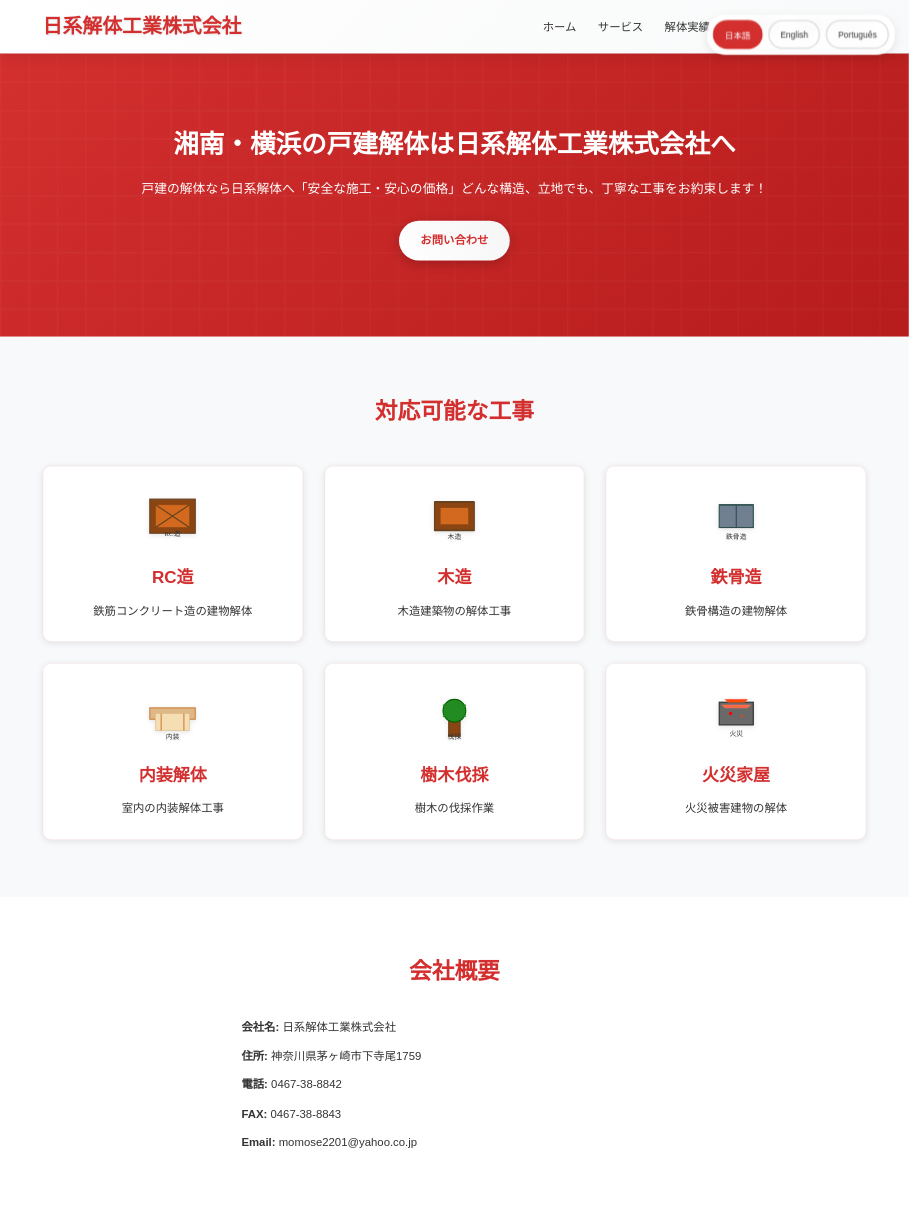
Repository: ksaitok/nkk2025-9
Page: index.html
An editor plug-in stored every save of this project. The page is shown before and after a run of saves, followed by the edit.
The browser window is 1280 px wide. The pictures show the whole page, at 71% of full size.

Above is the page before, as saved 2025-09-06 17:39:30.

### index.html
<!DOCTYPE html>
<html lang="ja">
<head>
    <meta charset="UTF-8">
    <meta name="viewport" content="width=device-width, initial-scale=1.0">
    <title>日系解体工業株式会社 - 湘南・横浜の戸建解体</title>
    <meta name="description" content="湘南・横浜の戸建解体工事は日系解体工業株式会社へ。年間300件の実績。自社施工だから余計なマージンが無い安心価格。">
    <link rel="stylesheet" href="assets/css/main.css">
    <style>
        /* Language switcher functionality for static HTML */
        .language-content { display: none; }
        .language-content.active { display: block; }

        /* Additional styles for language buttons */
        .lang-switcher {
            position: fixed;
            top: 20px;
            right: 20px;
            z-index: 1000;
            display: flex;
            gap: 8px;
            background: rgba(255,255,255,0.9);
            padding: 8px;
            border-radius: 25px;
            box-shadow: 0 4px 15px rgba(0,0,0,0.1);
            backdrop-filter: blur(10px);
        }

        .lang-btn {
            padding: 10px 15px;
            background: transparent;
            border: 2px solid #ddd;
            border-radius: 20px;
            cursor: pointer;
            font-size: 12px;
            text-decoration: none;
            color: #333;
            transition: all 0.3s;
            font-weight: 500;
        }

        .lang-btn:hover {
            border-color: #d32f2f;
            color: #d32f2f;
        }

        .lang-btn.active {
            background: #d32f2f;
            color: white;
            border-color: #d32f2f;
        }

        /* Service Icons */
        .service-icon {
            margin-bottom: 20px;
            text-align: center;
        }

        .service-icon img {
            width: 80px;
            height: 80px;
            object-fit: contain;
            filter: drop-shadow(0 2px 4px rgba(0,0,0,0.1));
        }

        /* Service Card Hover Effects */
        .service-card {
            transition: transform 0.3s, box-shadow 0.3s;
        }

        .service-card:hover {
            transform: translateY(-5px);
            box-shadow: 0 5px 20px rgba(0,0,0,0.15);
        }

        /* Enhanced Service Cards */
        .service-card {
            background: white;
            padding: 30px;
            border-radius: 12px;
            box-shadow: 0 2px 10px rgba(0,0,0,0.1);
            text-align: center;
            transition: all 0.3s;
            border: 1px solid rgba(211,47,47,0.1);
        }

        .service-card:hover {
            transform: translateY(-5px);
            box-shadow: 0 8px 25px rgba(0,0,0,0.15);
            border-color: rgba(211,47,47,0.3);
        }
    </style>
</head>
<body>
    <!-- Language Switcher -->
    <div class="lang-switcher">
        <button class="lang-btn active" onclick="switchLang('ja')">日本語</button>
        <button class="lang-btn" onclick="switchLang('en')">English</button>
        <button class="lang-btn" onclick="switchLang('pt')">Português</button>
    </div>

    <!-- Header -->
    <header class="main-header">
        <div class="container">
            <div class="header-content">
                <div class="logo">
                    <h1>日系解体工業株式会社</h1>
                </div>
                <nav class="main-nav">
                    <ul>
                        <li><a href="#home">ホーム</a></li>
                        <li><a href="#services">サービス</a></li>
                        <li><a href="#demolition-history">解体実績</a></li>
                        <li><a href="#company">会社概要</a></li>
                        <li><a href="#contact">お問い合わせ</a></li>
                    </ul>
                </nav>
            </div>
        </div>
    </header>

    <!-- Japanese Content -->
    <div id="ja-content" class="language-content active">
        <!-- Hero Section -->
        <section id="home" class="hero-section">
            <div class="container">
                <div class="hero-content">
                    <h2>湘南・横浜の戸建解体は日系解体工業株式会社へ</h2>
                    <p>戸建の解体なら日系解体へ「安全な施工・安心の価格」どんな構造、立地でも、丁寧な工事をお約束します！</p>
                    <a href="#contact" class="cta-button">お問い合わせ</a>
                </div>
            </div>
        </section>

        <!-- Services Section -->
        <section id="services" class="services-section">
            <div class="container">
                <h2>対応可能な工事</h2>
                <div class="services-grid">
                    <div class="service-card">
                        <div class="service-icon">
                            <img src="assets/images/services/rc-structure.svg" alt="RC造" width="80" height="80">
                        </div>
                        <h3>RC造</h3>
                        <p>鉄筋コンクリート造の建物解体</p>
                    </div>
                    <div class="service-card">
                        <div class="service-icon">
                            <img src="assets/images/services/wood-structure.svg" alt="木造" width="80" height="80">
                        </div>
                        <h3>木造</h3>
                        <p>木造建築物の解体工事</p>
                    </div>
                    <div class="service-card">
                        <div class="service-icon">
                            <img src="assets/images/services/steel-structure.svg" alt="鉄骨造" width="80" height="80">
                        </div>
                        <h3>鉄骨造</h3>
                        <p>鉄骨構造の建物解体</p>
                    </div>
                    <div class="service-card">
                        <div class="service-icon">
                            <img src="assets/images/services/interior.svg" alt="内装解体" width="80" height="80">
                        </div>
                        <h3>内装解体</h3>
                        <p>室内の内装解体工事</p>
                    </div>
                    <div class="service-card">
                        <div class="service-icon">
                            <img src="assets/images/services/tree-cutting.svg" alt="樹木伐採" width="80" height="80">
                        </div>
                        <h3>樹木伐採</h3>
                        <p>樹木の伐採作業</p>
                    </div>
                    <div class="service-card">
                        <div class="service-icon">
                            <img src="assets/images/services/fire-damage.svg" alt="火災家屋" width="80" height="80">
                        </div>
                        <h3>火災家屋</h3>
                        <p>火災被害建物の解体</p>
                    </div>
                </div>
            </div>
        </section>

        <!-- Company Info -->
        <section id="company" class="company-section">
            <div class="container">
                <h2>会社概要</h2>
                <div class="company-info">
                    <p><strong>会社名:</strong> 日系解体工業株式会社</p>
                    <p><strong>住所:</strong> 神奈川県茅ヶ崎市下寺尾1759</p>
                    <p><strong>電話:</strong> 0467-38-8842</p>
                    <p><strong>FAX:</strong> 0467-38-8843</p>
                    <p><strong>Email:</strong> momose2201@yahoo.co.jp</p>
                </div>
            </div>
        </section>
    </div>

    <!-- English Content -->
    <div id="en-content" class="language-content">
        <!-- Hero Section -->
        <section id="home" class="hero-section">
            <div class="container">
                <div class="hero-content">
                    <h2>House Demolition in Shonan/Yokohama - Nikkei Demolition Co., Ltd.</h2>
                    <p>For house demolition, trust Nikkei Demolition - "Safe construction, reliable prices" We promise careful work for any structure or location!</p>
                    <a href="#contact" class="cta-button">Contact Us</a>
                </div>
            </div>
        </section>

        <!-- Services Section -->
        <section id="services" class="services-section">
            <div class="container">
                <h2>Available Services</h2>
                <div class="services-grid">
                    <div class="service-card">
                        <div class="service-icon">
                            <img src="assets/images/services/rc-structure.svg" alt="RC Structures" width="80" height="80">
                        </div>
                        <h3>RC Structures</h3>
                        <p>Reinforced concrete building demolition</p>
                    </div>
                    <div class="service-card">
                        <div class="service-icon">
                            <img src="assets/images/services/wood-structure.svg" alt="Wooden Structures" width="80" height="80">
                        </div>
                        <h3>Wooden Structures</h3>
                        <p>Wooden building demolition work</p>
                    </div>
                    <div class="service-card">
                        <div class="service-icon">
                            <img src="assets/images/services/steel-structure.svg" alt="Steel Structures" width="80" height="80">
                        </div>
                        <h3>Steel Structures</h3>
                        <p>Steel structure building demolition</p>
                    </div>
                    <div class="service-card">
                        <div class="service-icon">
                            <img src="assets/images/services/interior.svg" alt="Interior Demolition" width="80" height="80">
                        </div>
                        <h3>Interior Demolition</h3>
                        <p>Interior demolition work</p>
                    </div>
                    <div class="service-card">
                        <div class="service-icon">
                            <img src="assets/images/services/tree-cutting.svg" alt="Tree Cutting" width="80" height="80">
                        </div>
                        <h3>Tree Cutting</h3>
                        <p>Tree cutting and removal services</p>
                    </div>
                    <div class="service-card">
                        <div class="service-icon">
                            <img src="assets/images/services/fire-damage.svg" alt="Fire Damage" width="80" height="80">
                        </div>
                        <h3>Fire Damage</h3>
                        <p>Fire-damaged building demolition</p>
                    </div>
                </div>
            </div>
        </section>

        <!-- Company Info -->
        <section id="company" class="company-section">
            <div class="container">
                <h2>Company Information</h2>
                <div class="company-info">
                    <p><strong>Company Name:</strong> Nikkei Demolition Co., Ltd.</p>
                    <p><strong>Address:</strong> 1759 Shitaderao, Chigasaki City, Kanagawa Prefecture</p>
                    <p><strong>Phone:</strong> 0467-38-8842</p>
                    <p><strong>FAX:</strong> 0467-38-8843</p>
                    <p><strong>Email:</strong> momose2201@yahoo.co.jp</p>
                </div>
            </div>
        </section>
    </div>

    <!-- Portuguese Content -->
    <div id="pt-content" class="language-content">
        <!-- Hero Section -->
        <section id="home" class="hero-section">
            <div class="container">
                <div class="hero-content">
                    <h2>Demolição de Casas em Shonan/Yokohama - Nikkei Demolição Ltda.</h2>
                    <p>Para demolição de casas, confie na Nikkei Demolição - "Construção segura, preços confiáveis" Prometemos trabalho cuidadoso para qualquer estrutura ou localização!</p>
                    <a href="#contact" class="cta-button">Contato</a>
                </div>
            </div>
        </section>

        <!-- Services Section -->
        <section id="services" class="services-section">
            <div class="container">
                <h2>Serviços Disponíveis</h2>
                <div class="services-grid">
                    <div class="service-card">
                        <div class="service-icon">
                            <img src="assets/images/services/rc-structure.svg" alt="Estruturas de RC" width="80" height="80">
                        </div>
                        <h3>Estruturas de RC</h3>
                        <p>Demolição de edifícios de concreto armado</p>
                    </div>
                    <div class="service-card">
                        <div class="service-icon">
                            <img src="assets/images/services/wood-structure.svg" alt="Estruturas de Madeira" width="80" height="80">
                        </div>
                        <h3>Estruturas de Madeira</h3>
                        <p>Trabalho de demolição de edifícios de madeira</p>
                    </div>
                    <div class="service-card">
                        <div class="service-icon">
                            <img src="assets/images/services/steel-structure.svg" alt="Estruturas de Aço" width="80" height="80">
                        </div>
                        <h3>Estruturas de Aço</h3>
                        <p>Demolição de edifícios com estrutura de aço</p>
                    </div>
                    <div class="service-card">
                        <div class="service-icon">
                            <img src="assets/images/services/interior.svg" alt="Demolição Interior" width="80" height="80">
                        </div>
                        <h3>Demolição Interior</h3>
                        <p>Trabalho de demolição interior</p>
                    </div>
                    <div class="service-card">
                        <div class="service-icon">
                            <img src="assets/images/services/tree-cutting.svg" alt="Corte de Árvores" width="80" height="80">
                        </div>
                        <h3>Corte de Árvores</h3>
                        <p>Serviços de corte e remoção de árvores</p>
                    </div>
                    <div class="service-card">
                        <div class="service-icon">
                            <img src="assets/images/services/fire-damage.svg" alt="Danos por Fogo" width="80" height="80">
                        </div>
                        <h3>Danos por Fogo</h3>
                        <p>Demolição de edifícios danificados por fogo</p>
                    </div>
                </div>
            </div>
        </section>

        <!-- Company Info -->
        <section id="company" class="company-section">
            <div class="container">
                <h2>Informações da Empresa</h2>
                <div class="company-info">
                    <p><strong>Nome da Empresa:</strong> Nikkei Demolição Ltda.</p>

Loaded but not shown: assets/css/main.css (376 lines, source omitted)

After the next 2 saves:
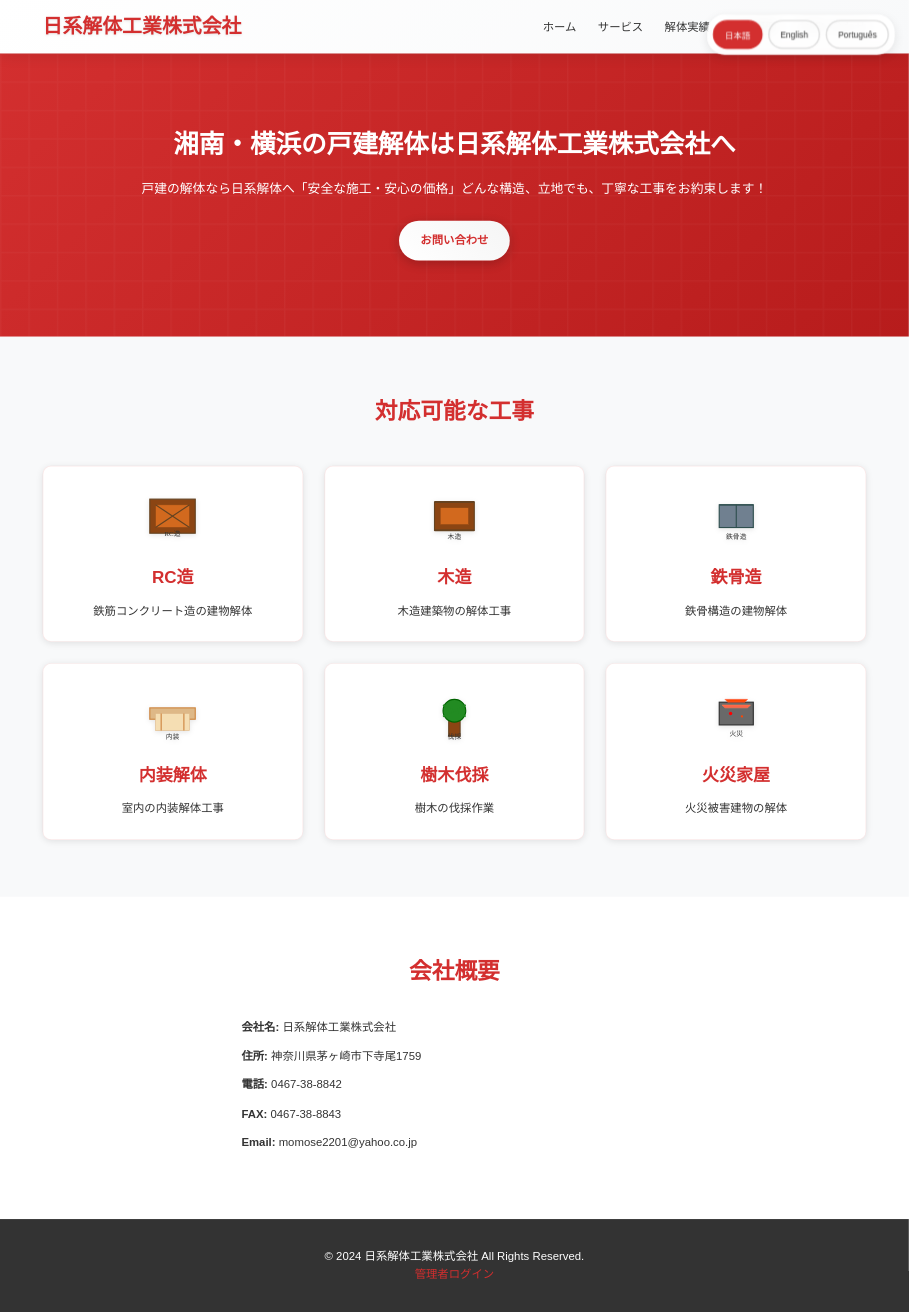
The 2 saves are shown as one change because they came seconds apart.
The last was saved 14 s later.
--- a/index.html
+++ b/index.html
@@ -347,3 +347,89 @@
                 <h2>Informações da Empresa</h2>
                 <div class="company-info">
                     <p><strong>Nome da Empresa:</strong> Nikkei Demolição Ltda.</p>
+                    <p><strong>Endereço:</strong> 1759 Shitaderao, Cidade Chigasaki, Prefeitura de Kanagawa</p>
+                    <p><strong>Telefone:</strong> 0467-38-8842</p>
+                    <p><strong>FAX:</strong> 0467-38-8843</p>
+                    <p><strong>Email:</strong> momose2201@yahoo.co.jp</p>
+                </div>
+            </div>
+        </section>
+    </div>
+
+    <!-- Footer -->
+    <footer class="main-footer">
+        <div class="container">
+            <p>&copy; 2024 日系解体工業株式会社 All Rights Reserved.</p>
+            <p><a href="admin/login.php">管理者ログイン</a></p>
+        </div>
+    </footer>
+
+    <script>
+        // Language switching function
+        function switchLang(lang) {
+            // Hide all language content
+            document.querySelectorAll('.language-content').forEach(content => {
+                content.classList.remove('active');
+            });
+
+            // Remove active class from all buttons
+            document.querySelectorAll('.lang-btn').forEach(btn => {
+                btn.classList.remove('active');
+            });
+
+            // Show selected language content
+            document.getElementById(lang + '-content').classList.add('active');
+
+            // Add active class to clicked button
+            event.target.classList.add('active');
+        }
+
+        // Smooth scrolling for navigation links
+        document.querySelectorAll('a[href^="#"]').forEach(anchor => {
+            anchor.addEventListener('click', function (e) {
+                e.preventDefault();
+                const target = document.querySelector(this.getAttribute('href'));
+                if (target) {
+                    target.scrollIntoView({
+                        behavior: 'smooth',
+                        block: 'start'
+                    });
+                }
+            });
+        });
+
+        // Add scroll to top functionality
+        window.addEventListener('scroll', function() {
+            if (window.pageYOffset > 300) {
+                if (!document.querySelector('.scroll-to-top')) {
+                    const button = document.createElement('button');
+                    button.innerHTML = '↑';
+                    button.className = 'scroll-to-top';
+                    button.style.cssText = `
+                        position: fixed;
+                        bottom: 20px;
+                        right: 20px;
+                        background: #d32f2f;
+                        color: white;
+                        border: none;
+                        border-radius: 50%;
+                        width: 50px;
+                        height: 50px;
+                        font-size: 20px;
+                        cursor: pointer;
+                        z-index: 1000;
+                    `;
+                    button.addEventListener('click', function() {
+                        window.scrollTo({ top: 0, behavior: 'smooth' });
+                    });
+                    document.body.appendChild(button);
+                }
+            } else {
+                const button = document.querySelector('.scroll-to-top');
+                if (button) {
+                    button.remove();
+                }
+            }
+        });
+    </script>
+</body>
